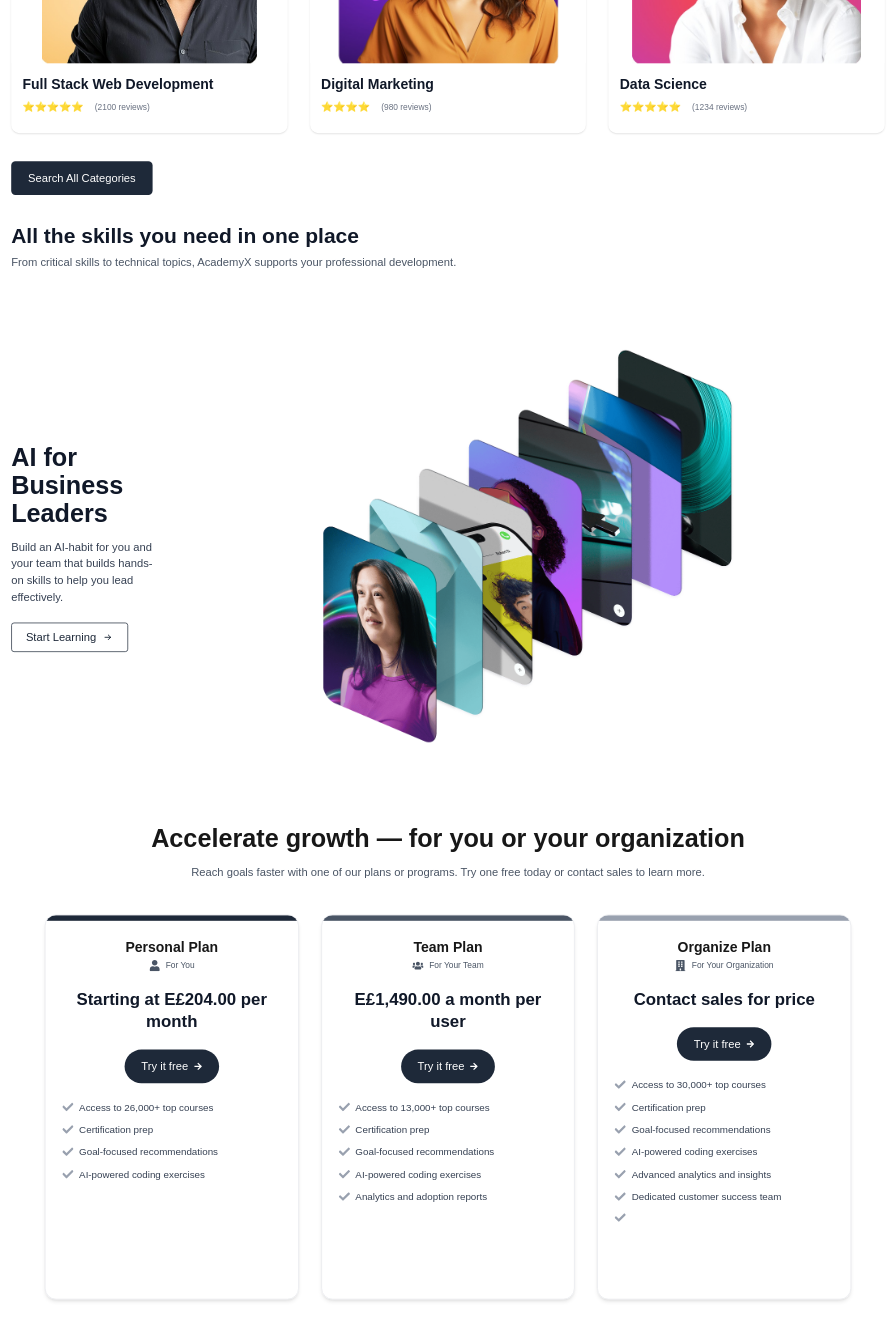
Repository: MohamedSalah54/full-stack-e-learning
Page: / (app in frontend/)
These files come from the project's save history. The page is drawn as it stood at one moment and after a run of saves; the edit follows.
The browser window is 1280 px wide. The pictures show the part of the page from y = 979 to 2899 px (the page is 2899 px tall), at 70% of full size.
The project was rebuilt for these pictures with package versions that can differ from the ones it lists, and the page was loaded fresh each time. The framework's server and built-in components were replaced by stand-ins that run in the browser. Also part of the build but not shown: frontend/next.config.ts.

Above is the page before, as saved 2025-06-16 14:15:43.

After the next 4 saves:
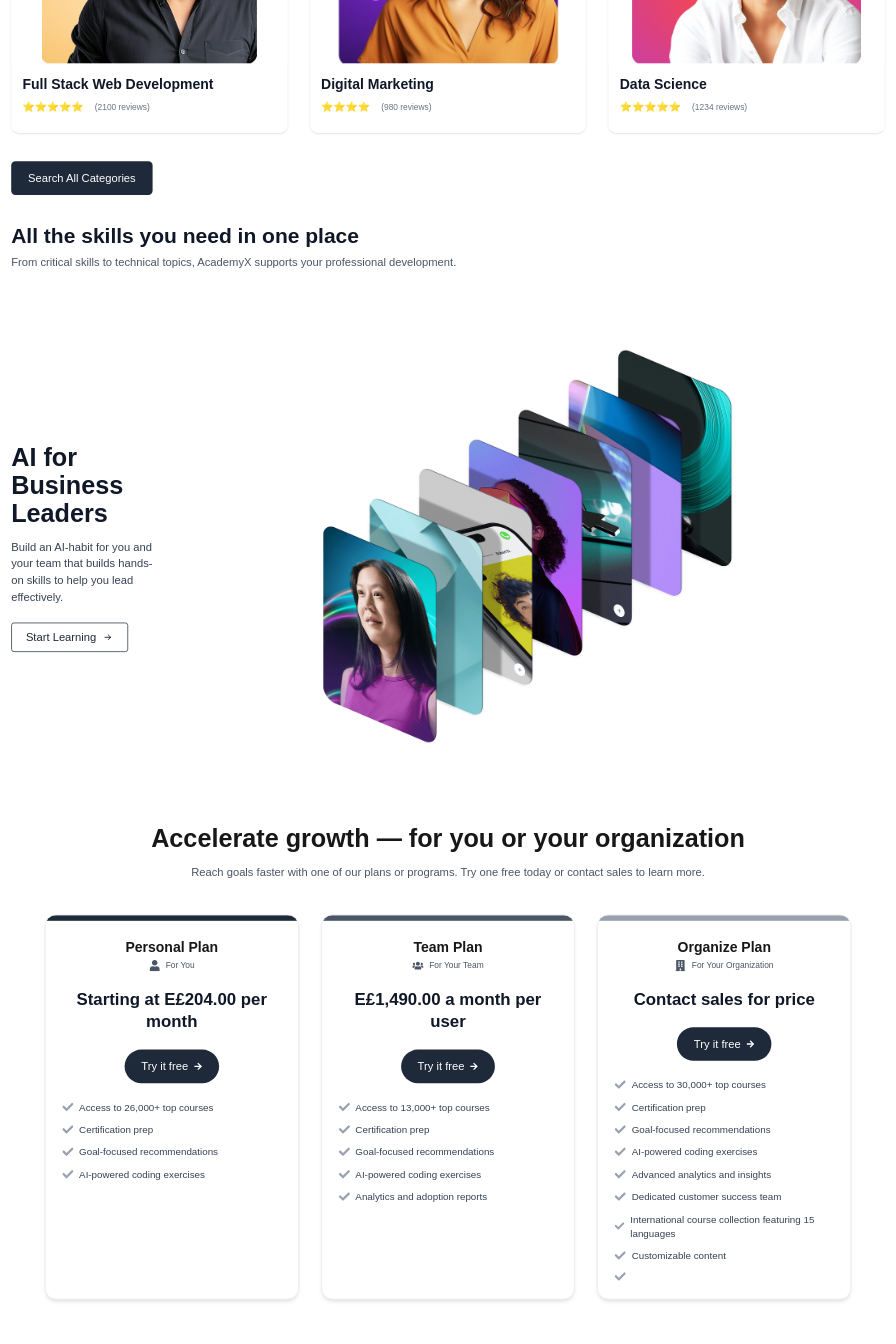
The 4 saves are shown as one change because they came seconds apart.
The last was saved 12 s later.
--- a/frontend/src/constants/index.ts
+++ b/frontend/src/constants/index.ts
@@ -58,7 +58,7 @@
     icon: FaBuilding,
     type: "For your organization",
     price: "Contact sales for price",
-    features: ["Access to 30,000+ top courses", "Certification prep", "Goal-focused recommendations","AI-powered coding exercises","Advanced analytics and insights","Dedicated customer success team",""],
+    features: ["Access to 30,000+ top courses", "Certification prep", "Goal-focused recommendations","AI-powered coding exercises","Advanced analytics and insights","Dedicated customer success team","International course collection featuring 15 languages","Customizable content",""],
     color: "bg-gray-400",
   },
 ];
